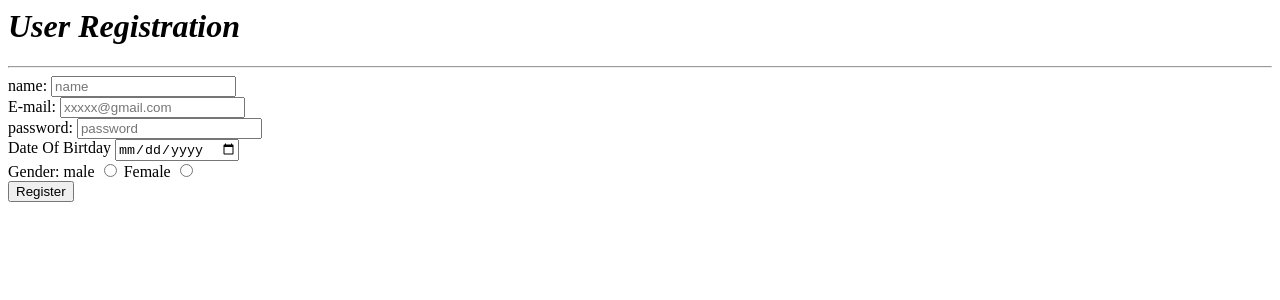
Repository: OrusuRatnamala/JAVA
Page: http://localhost/TrainWeb/registration.jsp
An editor plug-in stored every save of this project. The page is shown before and after the next save, followed by the edit.
The browser window is 1280 px wide. The pictures show the whole page.
The page is served by Tomcat 9. Other server files are loaded and not shown.

Above is the page before, as saved 2023-10-11 02:38:39.

### springdao/TrainWeb/src/main/webapp/registration.jsp
<html>
<head>
<title>Insert title here</title>
</head>
<body>
	<h1 class="title">
		<i>User Registration </i>
	</h1>
	<hr>
	<form method="post" action="register">
		<label class="1">name:</label> <input type="text" placeholder="name">
		<br>
		<label>E-mail:</label>
		 <input type="text" placeholder="xxxxx@gmail.com" id="Eid">
		  <br>
		   <label>password:</label>
		<input type="password" name="password" placeholder="password">
		<br>
		 <label for="Birtday">Date Of Birtday</label>
		 <input type="date" id="Birtday" value="Birtday">
		 <br>
		  <label>Gender:</label>
		<label>male</label> <input type="radio" name="gender" id="male">
		<label>Female</label> <input type="radio" name="gender" id="female">
		<br> <input type="submit" name="button" value="Register">
		<br>
	</form>
</body>
</html>

After the next save:
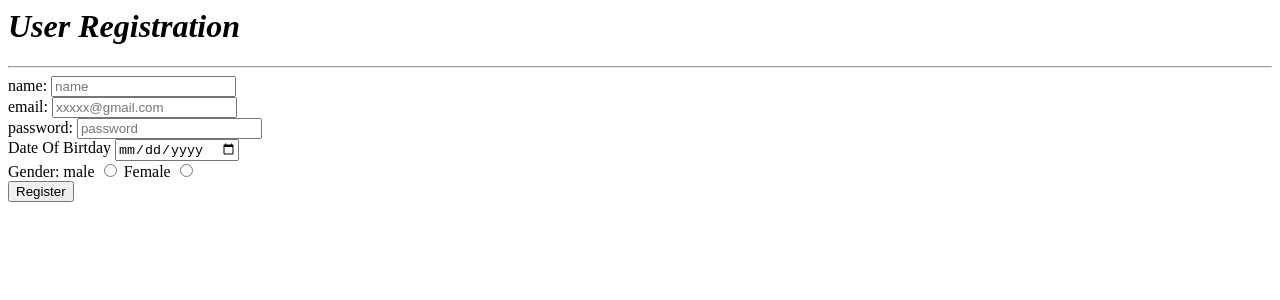
Saved 107 s later.
--- a/springdao/TrainWeb/src/main/webapp/registration.jsp
+++ b/springdao/TrainWeb/src/main/webapp/registration.jsp
@@ -9,17 +9,11 @@
 	<hr>
 	<form method="post" action="register">
 		<label class="1">name:</label> <input type="text" placeholder="name">
-		<br>
-		<label>E-mail:</label>
-		 <input type="text" placeholder="xxxxx@gmail.com" id="Eid">
-		  <br>
-		   <label>password:</label>
+		<br> <label>email:</label> <input type="text"
+			placeholder="xxxxx@gmail.com" id="Eid"> <br> <label>password:</label>
 		<input type="password" name="password" placeholder="password">
-		<br>
-		 <label for="Birtday">Date Of Birtday</label>
-		 <input type="date" id="Birtday" value="Birtday">
-		 <br>
-		  <label>Gender:</label>
+		<br> <label for="Birtday">Date Of Birtday</label> <input
+			type="date" id="Birtday" value="Birtday"> <br> <label>Gender:</label>
 		<label>male</label> <input type="radio" name="gender" id="male">
 		<label>Female</label> <input type="radio" name="gender" id="female">
 		<br> <input type="submit" name="button" value="Register">
